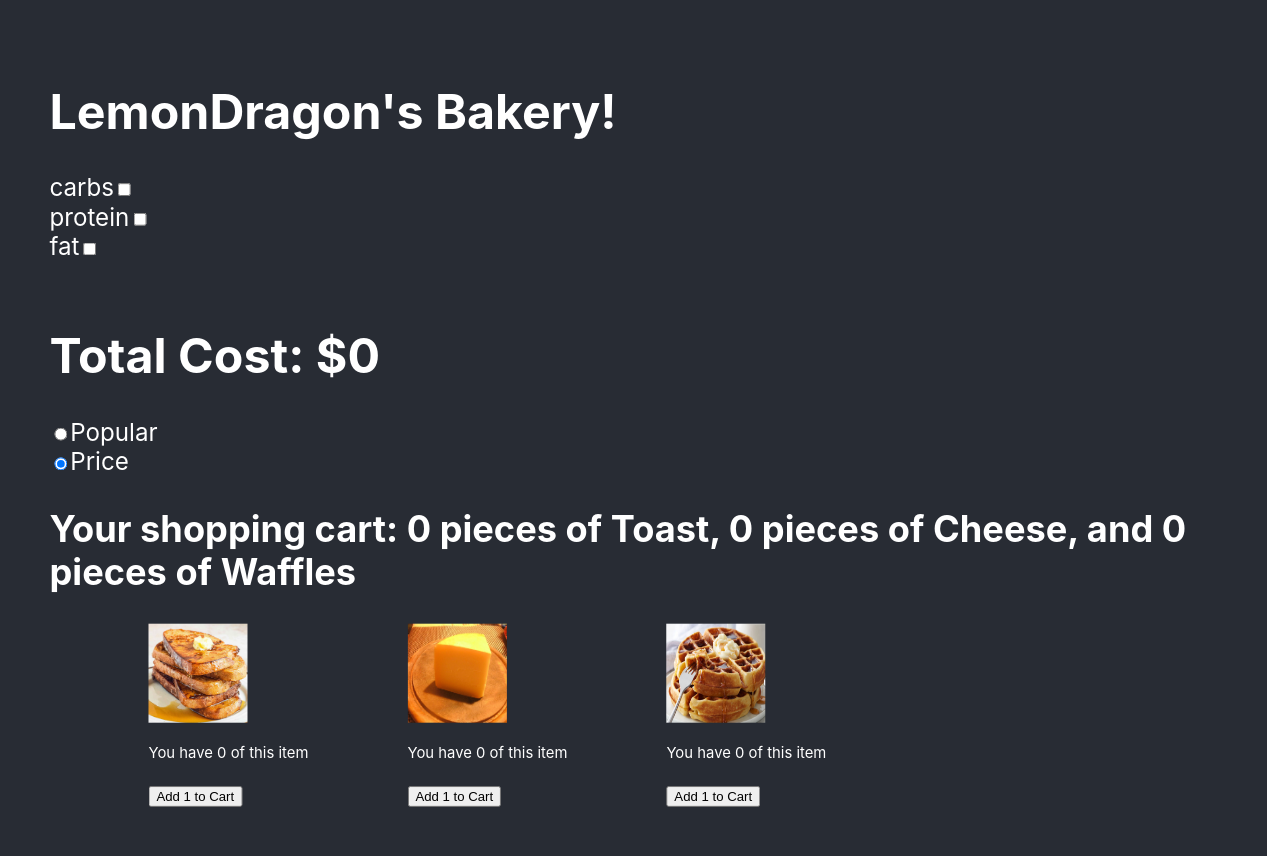
Repository: happydragon200/development
Page: /
These files come from the project's save history. The page is drawn as it stood at one moment and after a run of saves; the edit follows.
The browser window is 1280 px wide. The pictures show the whole page, at 99% of full size.
The project was rebuilt for these pictures with package versions that can differ from the ones it lists, and the page was loaded fresh each time.

Above is the page before, as saved 2022-12-02 05:19:10.

### src/App.js
import React, { useState } from 'react'
import baguette from './images/baguette.jpg'
import toast from './images/toast.png'
import cheese from './images/cheese.jpg'
import waffle from './images/waffle.jpg'
import Container from 'react-bootstrap/Container'
import Nav from 'react-bootstrap/Nav'
import Navbar from 'react-bootstrap/Navbar'
import NavDropdown from 'react-bootstrap/NavDropdown'
import './App.css'

function App() {
  return (
    <div>
      <div className="App">
        <header className="App-header">
          <h1>LemonDragon's Bakery!</h1>
          <Menu />
        </header>
      </div>
    </div>
  )
}

function FilterBar(props) {
  const { selected, changeSelected } = props

  const carbsButton = FilterButton(selected, changeSelected, 'carbs')
  const proteinButton = FilterButton(selected, changeSelected, 'protein')
  const fatButton = FilterButton(selected, changeSelected, 'fat')

  const pieButton = FilterButton(selected, changeSelected, 'pie')
  const cakeButton = FilterButton(selected, changeSelected, 'cake')
  const otherButton = FilterButton(selected, changeSelected, 'other')

  const buttons = [carbsButton, proteinButton, fatButton]

  return (
    <div>
      {buttons}
      <h1>{selected}</h1>
    </div>
  )
}

function FilterButton(selected, changeSelected, tag) {
  // const { selected, changeSelected, tag } = props

  const clickChange = () => {
    if (selected.includes(tag)) {
      // const new_selected = selected.remove(tag)

      var new_selected = selected.filter(function (value, index, arr) {
        return value !== tag
      })
      changeSelected(new_selected)
    } else {
      const new_selected = [...selected]
      new_selected.push(tag)
      changeSelected(new_selected)
    }
  }

  return (
    <div>
      {tag}
      <input
        type="checkbox"
        id="topping"
        name="topping"
        value="Paneer"
        // checked={man}
        onChange={clickChange}
      />
    </div>
  )
}

function Menu() {
  const [selected, changeSelected] = useState([])

  const [chosen, changeChosen] = useState('Popular')

  const [toast_count, toast_setcount] = useState(0)
  const [cheese_count, cheese_setcount] = useState(0)
  const [waffle_count, waffle_setcount] = useState(0)

  const toast_price = 5
  const cheese_price = 10
  const waffle_price = 100

  const toast_comp = [
    ['carb', 'delicious'],
    toast_price,
    BakeryItem(toast, toast_count, toast_setcount),
  ]
  const cheese_comp = [
    ['protein'],
    cheese_price,
    BakeryItem(cheese, cheese_count, cheese_setcount),
  ]
  const waffle_comp = [
    ['carb'],
    waffle_price,
    BakeryItem(waffle, waffle_count, waffle_setcount),
  ]

  var final_list = [toast_comp, cheese_comp, waffle_comp]

  if (selected.length > 0) {
    console.log('hi')
    console.log(final_list)
    console.log(selected)

    final_list = final_list.filter(function (food) {
      for (let i = 0; i < selected.length; i++) {
        const option = selected[i]

        if (!food[0].includes(option)) {
          console.log('false')
          return false
        }
      }
      console.log('true')
      return true
    })
  }

  if (chosen === 'Price') {
    final_list.sort(function (a, b) {
      return a[1] - b[1]
    })
  }

  final_list = final_list.map((item) => item.slice(-1))

  console.log('sorted')

  console.log(final_list)
  console.log('hm')

  return (
    <>
      <FilterBar selected={selected} changeSelected={changeSelected} />
      <h1>
        Total Cost: $
        {toast_count * toast_price +
          cheese_count * cheese_price +
          waffle_count * waffle_price}
      </h1>
      <SortPriceButton chosen={chosen} changeChosen={changeChosen} />
      <h2>
        Your shopping cart: {toast_count} pieces of Toast, {cheese_count} pieces
        of Cheese, and {waffle_count} pieces of Waffles
      </h2>

      <div className="flex-parent">{final_list}</div>
    </>
  )
}

function SortPriceButton(props) {
  const { chosen, changeChosen } = props

  return (
    <form>
      <div className="radio">
        <label>
          <input
            type="radio"
            value="Popular"
            checked={chosen === 'Popular'}
            onChange={changeChosen('Popular')}
          />
          Popular
        </label>
      </div>
      <div className="radio">
        <label>
          <input
            type="radio"
            value="Price"
            checked={chosen === 'Price'}
            onChange={changeChosen('Price')}
          />
          Price
        </label>
      </div>
    </form>
  )
}

function BakeryItem(img, count, setCount) {
  // const { img, count, setCount } = prop

  return (
    <div className="pad">
      <img src={img} className="Item-small" />
      <p className="smull">You have {count} of this item</p>
      <button onClick={() => setCount(count + 1)}>Add 1 to Cart</button>

      {count > 0 && (
        <button onClick={() => setCount(count - 1)}>Remove 1 from Cart</button>
      )}
    </div>
  )
}

export default App

// const [type, setType] = useState('ALL')

// var foods = [
//   {
//     name: 'toast',
//     type: 'bread',
//     price: 5,
//     img: { toast },
//     count: { toast_count },
//   },
//   {
//     name: 'cheese',
//     type: 'protein',
//     price: 10,
//     img: { cheese },
//     count: { cheese_count },
//   },
//   {
//     name: 'waffle',
//     type: 'bread',
//     price: 100,
//     img: { waffle },
//     count: { waffle_count },
//   },
// ]

// foods.filter(function (value, index, arr) {
//   return value
// })

### src/App.css
.App {
  /* text-align: center; */
}

.App-logo {
  height: 40vmin;
  pointer-events: none;
}

@media (prefers-reduced-motion: no-preference) {
  .App-logo {
    animation: App-logo-spin infinite 20s linear;
  }
}

.App-header {
  background-color: #282c34;
  min-height: 100vh;
  display: flex;
  flex-direction: column;
  align-items: flex-start;
  justify-content: flex-start;
  font-size: calc(10px + 2vmin);
  padding: 50px 50px 50px 50px;
  color: white;
}

.App-link {
  color: #61dafb;
}

.Item-small {
  height: 100px;
  width: 100px;
}

.inline {
  justify-content: space-around;
}

.pad {
  padding: 0px 0px 0px 100px;
}

.flex-parent {
  display: flex;
  justify-content: space-around;

}

.smull {
  font-size: 15px;
}

@keyframes App-logo-spin {
  from {
    transform: rotate(0deg);
  }
  to {
    transform: rotate(360deg);
  }
}

Loaded but not shown: public/index.html (common file); src/index.js (common file); src/index.css (common file)

After the next 2 saves:
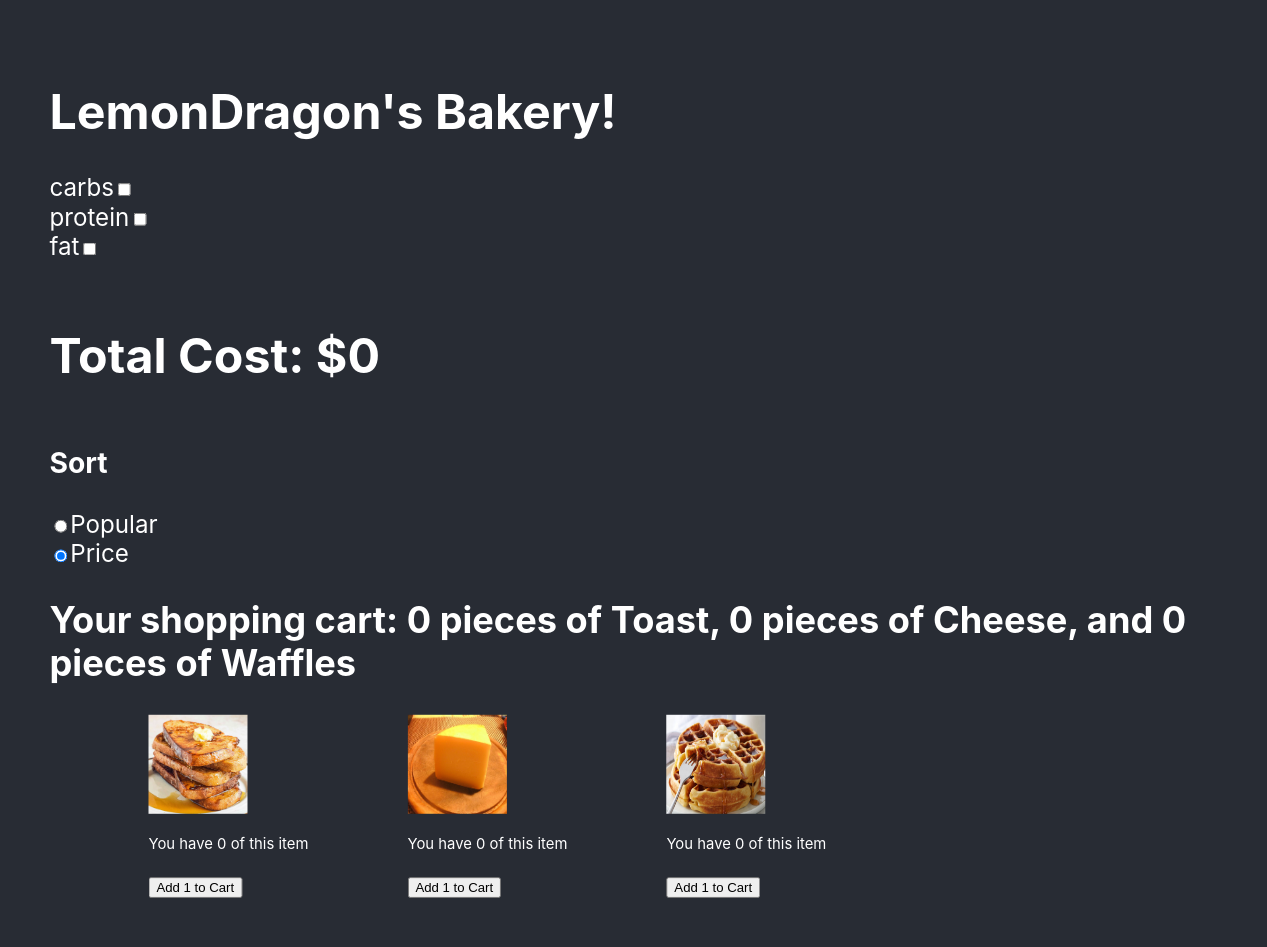
The 2 saves are shown as one change because 1 did not build or start.
The last was saved 18 s later.
--- a/src/App.js
+++ b/src/App.js
@@ -163,30 +163,33 @@ function SortPriceButton(props) {
   const { chosen, changeChosen } = props
 
   return (
-    <form>
-      <div className="radio">
-        <label>
-          <input
-            type="radio"
-            value="Popular"
-            checked={chosen === 'Popular'}
-            onChange={changeChosen('Popular')}
-          />
-          Popular
-        </label>
-      </div>
-      <div className="radio">
-        <label>
-          <input
-            type="radio"
-            value="Price"
-            checked={chosen === 'Price'}
-            onChange={changeChosen('Price')}
-          />
-          Price
-        </label>
-      </div>
-    </form>
+    <div>
+      <h3>Sort</h3>
+      <form>
+        <div className="radio">
+          <label>
+            <input
+              type="radio"
+              value="Popular"
+              checked={chosen === 'Popular'}
+              onChange={changeChosen('Popular')}
+            />
+            Popular
+          </label>
+        </div>
+        <div className="radio">
+          <label>
+            <input
+              type="radio"
+              value="Price"
+              checked={chosen === 'Price'}
+              onChange={changeChosen('Price')}
+            />
+            Price
+          </label>
+        </div>
+      </form>
+    </div>
   )
 }
 
